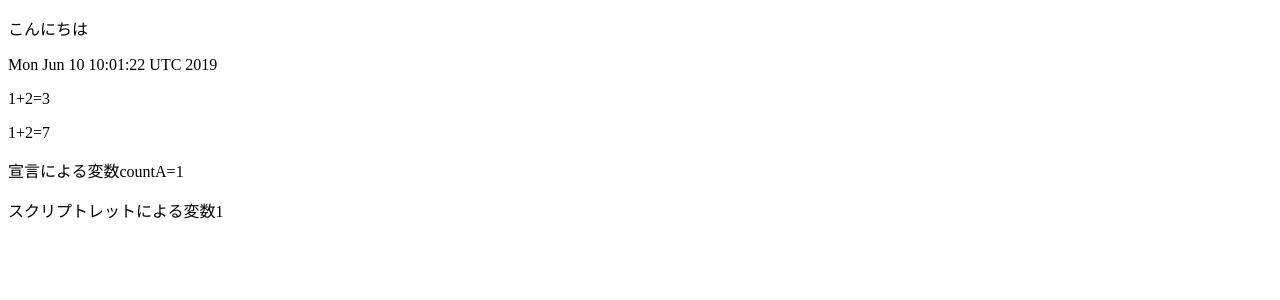
Repository: 938758923/test
Page: http://localhost/HelloJSP/
An editor plug-in stored every save of this project. The page is shown before and after the next save, followed by the edit.
The browser window is 1280 px wide. The pictures show the whole page.
The page is served by Tomcat 9. Other server files are loaded and not shown.

Above is the page before, as saved 2019-06-10 10:26:24.

### HelloJSP/WebContent/index.jsp
<%@ page language="java" contentType="text/html; charset=UTF-8"
    pageEncoding="UTF-8"%>
<!DOCTYPE html>
<html>
<head>
<meta charset="UTF-8">
<title>TEST</title>
</head>
<body>
<p>こんにちは</p>
<% out.println(new java.util.Date()); %>
<%!
static int add(int a,int b){
	return a+b;
}
%>

<p>1+2=<%=add(1,2) %></p>
<p>1+2=<%=add(3,4) %></p>

<%! int countA=0; %>
<%
int countB=0;
countA++;
countB++;
%>

<P>宣言による変数countA=<%=countA %></P>
<P>スクリプトレットによる変数<%=countB %></P>
</body>
</html>

After the next save:
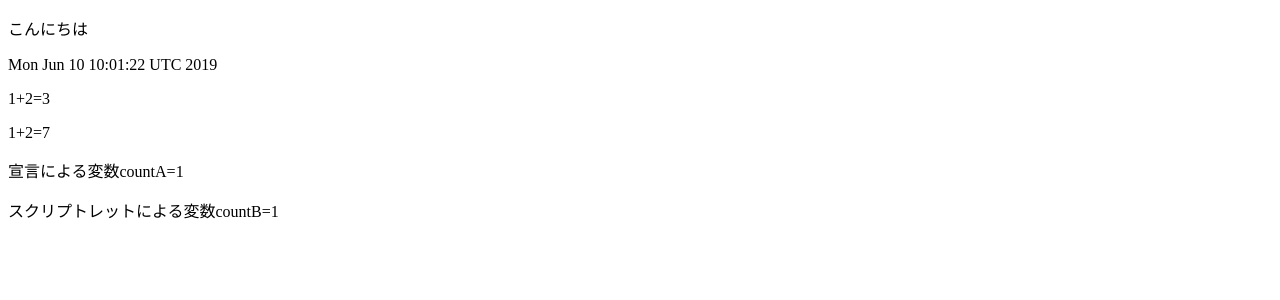
Saved 34 s later.
--- a/HelloJSP/WebContent/index.jsp
+++ b/HelloJSP/WebContent/index.jsp
@@ -26,6 +26,6 @@ countB++;
 %>
 
 <P>宣言による変数countA=<%=countA %></P>
-<P>スクリプトレットによる変数<%=countB %></P>
+<P>スクリプトレットによる変数countB=<%=countB %></P>
 </body>
 </html>
